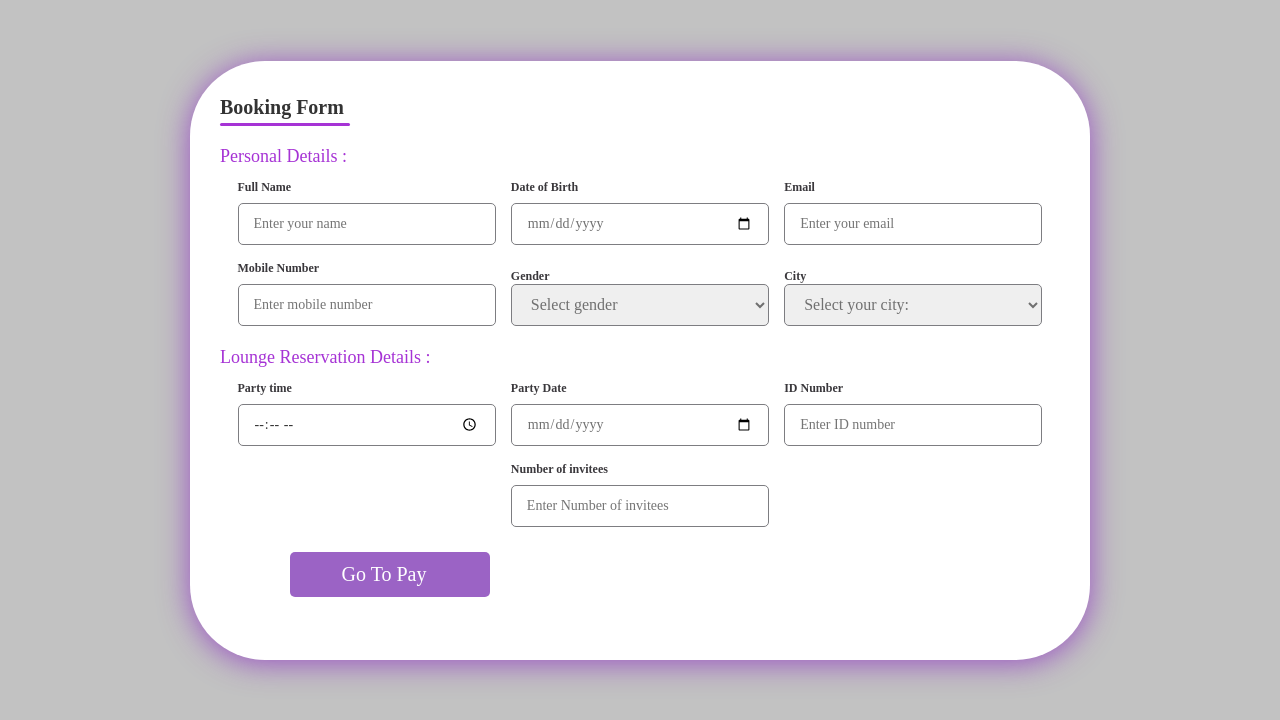
Repository: special4Party/Graduation-project-wedding-hall
Page: http://localhost/include/temp/booking.html
These files come from the project's save history. The page is drawn as it stood at one moment and after the next save; the edit follows.
The browser window is 1280 px wide. The pictures show the whole page.
Some icons come from a web library that is not loaded, so they are not drawn. The page is run by PHP 8.4 with error messages shown; the project is at /var/www/html/.

Above is the page before, as saved 2022-04-30 21:59:24.

### include/temp/booking.html
<!DOCTYPE html>
<html lang="en" dir="ltr">
  <head>
    <meta charset="utf-8">
    <title>Book Page</title>
    <link rel="stylesheet" href="/layout/css/booking.css">
    <link rel="stylesheet" href="/layout/css/normalize.css">
    <link rel="stylesheet" href="https://unicons.iconscout.com/release/v4.0.0/css/line.css">
  </head>
  <body>
    <div class="container">
        <header>Booking Form</header>

        <form action="#">
            <div class="form first">
                <div class="details personal">
                    <span class="title">Personal Details :</span>

                    <div class="fields">
                        <div class="input-field">
                            <label>Full Name</label>
                            <input type="text" name="full-name-booking-page" placeholder="Enter your name" required>
                        </div>

                        <div class="input-field">
                            <label>Date of Birth</label>
                            <input type="date" name="birthday-person-booking-page" placeholder="Enter birth date" required>
                        </div>

                        <div class="input-field">
                            <label>Email</label>
                            <input type="text" name="email-person-booking-page" placeholder="Enter your email" required>
                        </div>

                        <div class="input-field">
                            <label>Mobile Number</label>
                            <input type="number" name="phone-person-booking-page" placeholder="Enter mobile number" required>
                        </div>

                        <div class="input-field">
                            <label>Gender</label>
                            <select required>
                                <option disabled selected>Select gender</option>
                                <option>Male</option>
                                <option>Female</option>
                            </select>
                        </div>

                        <div class="input-field">
                            <label>City</label>
                            <select required>
                                <option disabled selected>Select your city: </option>
                                <option>Amman</option>
                                <option>Irbid</option>
                                <option>Zarqa</option>
                                <option>Salt</option>
                                <option>Mafraq</option>
                                <option>Karak</option>
                                <option>Madaba</option>
                                <option>Jerash</option>
                                <option>Ajloun</option>
                                <option>Tafila</option>
                                <option>Aqaba</option>
                                <option>Ma'an</option>
                            </select>
                        </div>
                    </div>
                </div>

                <div class="details ID">
                    <span class="title">Lounge Reservation Details :</span>

                    <div class="fields">


                        <div class="input-field">
                            <label>Party time</label>
                            <input type="time" name="party-time-booking-page" placeholder="Enter issued state" required>
                        </div>

                        <div class="input-field">
                            <label>Party Date</label>
                            <input type="date"name="party-date-booking-page" placeholder="Enter Party Month/year" required>
                        </div>

                        <div class="input-field">
                            <label>ID Number</label>
                            <input type="number" name="id-number-person-booking-page" placeholder="Enter ID number" required>
                        </div>

                        <div class="input-field">
                            <label>Number of invitees</label>
                            <input type="number" name="number-of-person-booking-page" placeholder="Enter Number of invitees" required>
                        </div>

                    </div>

                    <button class="nextBtn">
                        <span class="btnText">Go To Pay</span>
                        <i class="uil uil-navigator"></i>
                    </button>
                </div>
            </div>


            <div class="form-2">
                <div class="details address">
                    <span class="title">Services Details:</span>

                    <div class="fields">
                        <div class="input-field">
                            <label>Number of Cake Layer</label>
                            <input type="number" name="number-of-Cake-layer-booking-page" max="7" min="1" placeholder="max:7, min:1" required>
                        </div>

                         <div class="input-field">
                            <label>Type Of Drinks:</label>
                        </div>
                        <div>
                            <label for="">Soft Drinks</label>
                            <input type="checkbox" name="type-of-drink-booking-page">
                        </div>
                        <div>
                            <label for="">Soft Drinks</label>
                            <input type="checkbox" name="type-of-drink-booking-page">
                        </div>
                    </div>
                </div>
            </div>


            <div class="form second">
                <div class="details address">
                    <span class="title">Payment Details</span>

                    <div class="fields">
                        <div class="input-field">
                            <label>cards accepted :</label>
                            <img src="/images/img/images.jpg" alt="">
                        </div>

                        <div class="input-field">
                            <label>name on card :</label>
                            <input type="text" name="name-on-card-payment-page" placeholder="mr. john deo" required>
                        </div>

                        <div class="input-field">
                            <label>credit card number :</label>
                            <input type="number" name="number-on-card-payment-page" placeholder="1111-2222-3333-4444" required>
                        </div>

                        <div class="input-field">
                            <label>exp month :</label>
                            <input type="number" name="exp-month-card-payment-page" placeholder="1" required>
                        </div>

                        <div class="input-field">
                            <label>exp year :</label>
                            <input type="number" name="exp-year-card-payment-page" placeholder="2022" required>
                        </div>

                        <div class="input-field">
                            <label>CVV :</label>
                            <input type="text" name="CVV-card-payment-page" placeholder="1234" required>
                        </div>
                    </div>
                </div>

                <div class="details family">

                    <div class="buttons">
                        <div class="backBtn">
                            <i class="uil uil-navigator"></i>
                            <span class="btnText">Back</span>
                        </div>

                        <button class="sumbit">
                            <span class="btnText">Submit</span>
                            <i class="uil uil-navigator"></i>
                        </button>
                    </div>
                </div>
<!-- -------------------------------------------- -->

                </div>
            </div>
        </form>
    </div>
<script>
    const form = document.querySelector("form"),
        nextBtn = form.querySelector(".nextBtn"),
        backBtn = form.querySelector(".backBtn"),
        allInput = form.querySelectorAll(".first input");


nextBtn.addEventListener("click", ()=> {
    allInput.forEach(input => {
        if(input.value != ""){
            form.classList.add('secActive');
        }else{
            form.classList.remove('secActive');
        }
    })
})

backBtn.addEventListener("click", () => form.classList.remove('secActive'));

</script>
    <!--<script src="script.js"></script>-->
</body>
</html>

### layout/css/booking.css
/* ===== Google Font Import - Poppins ===== */
@import url('https://fonts.googleapis.com/css2?family=Poppins:wght@200;300;400;500;600&display=swap');
*{
    margin: 0;
    padding: 0;
    box-sizing: border-box;
    font-family: cursive;
}
body{
    min-height: 100vh;
    display: flex;
    align-items: center;
    justify-content: center;
    background: #3f3e3f50;
}
.container{
    position: relative;
    max-width: 900px;
    width: 100%;
    border-radius: 75px;
    padding: 30px 30px;
    margin: 0 15px;
    background-color: #fff;
    box-shadow: 0 3px 30px rgba(136, 36, 194, 0.726);
}
.container header{
    position: relative;
    font-size: 20px;
    padding: 5px 0;
    font-weight: 600;
    color: #333;
}
.container header::before{
    content: "";
    position: absolute;
    left: 0;
    bottom: -2px;
    height: 3px;
    width: 130px;
    border-radius: 8px;
    background-color: #a633d5;
}
.container form{
    position: relative;
    margin-top: 16px;
    min-height: 490px;
    background-color: #fff;
    overflow: hidden;
}
.container form .form{
    position: absolute;
    background-color: #fff;
    transition: 0.3s ease;
}
.container form .form.second{
    opacity: 0;
    pointer-events: none;
    transform: translateX(100%);
}
form.secActive .form.second{
    opacity: 1;
    pointer-events: auto;
    transform: translateX(0);
}
form.secActive .form.first{
    opacity: 0;
    pointer-events: none;
    transform: translateX(-100%);
}
.container form .title{
    display: block;
    margin-bottom: 8px;
    font-size: 18px;
    font-weight: 500;
    margin: 6px 0;
    color: #a633d5;;
}
.container form .fields{
    display: flex;
    align-items: center;
    justify-content: space-around;
    flex-wrap: wrap;
    padding: 3px 10px;
}
form .fields .input-field{
    display: flex;
    width: calc(100% / 3 - 15px);
    flex-direction: column;
    margin: 4px 0;
}
.input-field label{
    font-size: 12px;
    font-weight: bold;
    color: #3a383c;
}
.input-field input, select{
    outline: none;
    font-size: 14px;
    font-weight: 400;
    color: #333;
    border-radius: 5px;
    border: 1px solid rgb(125, 125, 129);
    padding: 0 15px;
    height: 42px;
    margin: 8px 0;
}
.input-field input :focus,
.input-field select:focus{
    box-shadow: 0 3px 6px rgba(0,0,0,0.13);
}
.input-field select,
.input-field input[type="date"]{
    color: #707070;
}
.input-field input[type="date"]:valid{
    color: #333;
}
.container form button, .backBtn{
    display: flex;
    align-items: center;
    justify-content: center;
    height: 45px;
    max-width: 200px;
    width: 100%;
    border: none;
    outline: none;
    color: #fff;
    border-radius: 5px;
    margin: 10px 70px;
    background-color: #9b63c5;
    transition: all 0.3s linear;
    cursor: pointer;
}
.container form .btnText{
    font-size: 20px;
    font-weight: 400;
}
form button:hover,
.backBtn:hover{
    background-color: #cc82d6;
    color: #3a383c;
    font-size: 20px;
}
form button i,
form .backBtn i{
    margin: 0 6px;
}
form .backBtn i{
    transform: rotate(180deg);
}
form .buttons{
    display: flex;
    align-items: center;
}
form .buttons button , .backBtn{
    margin-right: 14px;
}

@media (max-width: 750px) {
    .container form{
        overflow-y: scroll;
    }
    .container form::-webkit-scrollbar{
       display: none;
    }
    form .fields .input-field{
        width: calc(100% / 2 - 15px);
    }
}

@media (max-width: 550px) {
    form .fields .input-field{
        width: 100%;
    }
}

Loaded but not shown: layout/css/normalize.css (library)

After the next save:
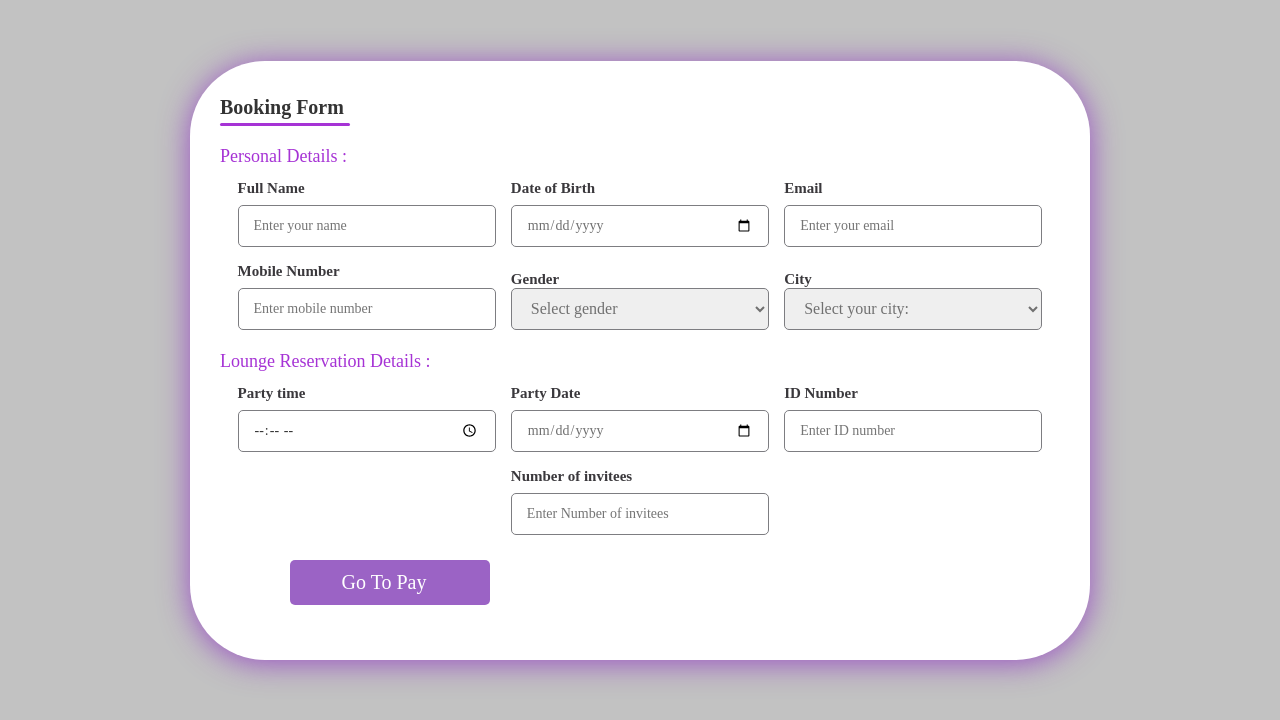
Saved 39 min 6 s later.
--- a/layout/css/booking.css
+++ b/layout/css/booking.css
@@ -89,7 +89,7 @@ form .fields .input-field{
     margin: 4px 0;
 }
 .input-field label{
-    font-size: 12px;
+    font-size: 15px;
     font-weight: bold;
     color: #3a383c;
 }
